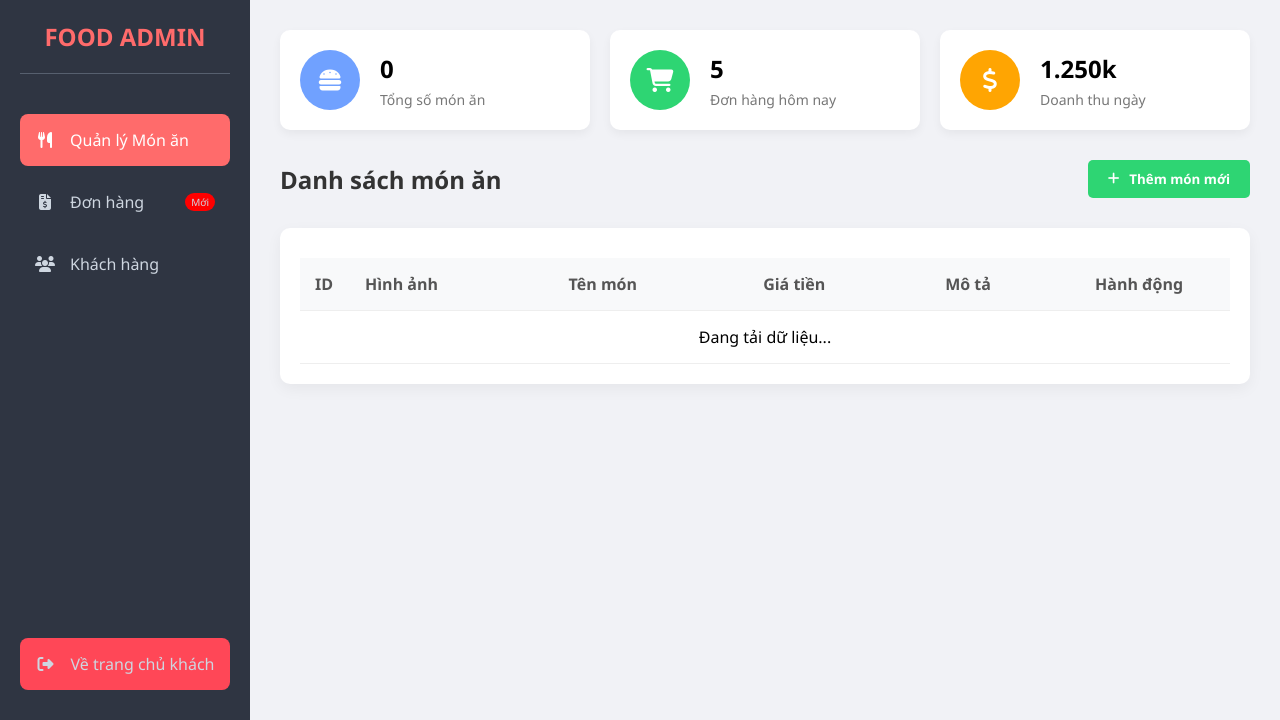
Repository: daichim2415-debug/quan_an
Page: public/admin.html
These files come from the project's save history. The page is drawn as it stood at one moment and after the next save; the edit follows.
The browser window is 1280 px wide. The pictures show the whole page.
The page's requests for data from a server got no answer.

Above is the page before, as saved 2025-12-05 00:53:49.

### public/admin.html
<!DOCTYPE html>
<html lang="vi">
<head>
    <meta charset="UTF-8">
    <meta name="viewport" content="width=device-width, initial-scale=1.0">
    <title>Quản trị viên - FoodShop Admin</title>
    <link rel="stylesheet" href="https://cdnjs.cloudflare.com/ajax/libs/font-awesome/6.4.0/css/all.min.css">

    <style>
        /* === CSS RESET & LAYOUT === */
        * { margin: 0; padding: 0; box-sizing: border-box; font-family: 'Segoe UI', sans-serif; }

        body {
            display: flex;
            background-color: #f1f2f6;
            height: 100vh;
            overflow: hidden; /* Ẩn thanh cuộn của body */
        }

        /* 1. SIDEBAR (MENU TRÁI) */
        .sidebar {
            width: 250px;
            background-color: #2f3542; /* Màu tối sang trọng */
            color: white;
            display: flex; flex-direction: column;
            padding: 20px;
        }

        .sidebar h2 {
            font-size: 24px; text-align: center; margin-bottom: 40px;
            color: #ff6b6b; font-weight: 800; border-bottom: 1px solid #57606f; padding-bottom: 20px;
        }

        .menu-item {
            padding: 15px; margin-bottom: 10px; border-radius: 8px;
            cursor: pointer; transition: 0.3s; color: #ced6e0; text-decoration: none; display: flex; align-items: center; gap: 15px;
        }
        .menu-item:hover, .menu-item.active {
            background-color: #ff6b6b; color: white;
        }
        .menu-item i { width: 20px; text-align: center; }

        .logout { margin-top: auto; background: #ff4757; text-align: center; justify-content: center; }

        /* 2. MAIN CONTENT (NỘI DUNG PHẢI) */
        .main-content {
            flex: 1; padding: 30px; overflow-y: auto; /* Cho phép cuộn nội dung */
        }

        .header {
            display: flex; justify-content: space-between; align-items: center; margin-bottom: 30px;
        }
        .btn-add {
            background-color: #2ed573; color: white; padding: 10px 20px;
            border: none; border-radius: 5px; cursor: pointer; font-weight: bold;
            display: flex; align-items: center; gap: 10px; transition: 0.3s;
        }
        .btn-add:hover { background-color: #26af61; }

        /* Bảng dữ liệu */
        .table-container {
            background: white; padding: 20px; border-radius: 10px;
            box-shadow: 0 5px 15px rgba(0,0,0,0.05);
        }

        table { width: 100%; border-collapse: collapse; margin-top: 10px; }
        th, td { padding: 15px; text-align: left; border-bottom: 1px solid #eee; }
        th { background-color: #f8f9fa; color: #555; font-weight: bold; }

        .food-img { width: 60px; height: 60px; object-fit: cover; border-radius: 5px; border: 1px solid #ddd; }

        /* Các nút hành động */
        .action-btn {
            padding: 6px 12px; border: none; border-radius: 4px; cursor: pointer; color: white; margin-right: 5px;
        }
        .btn-edit { background-color: #ffa502; }
        .btn-delete { background-color: #ff4757; }

        .action-btn:hover { opacity: 0.8; }

        /* THỐNG KÊ NHANH */
        .stats-grid { display: grid; grid-template-columns: repeat(3, 1fr); gap: 20px; margin-bottom: 30px; }
        .stat-card { background: white; padding: 20px; border-radius: 10px; display: flex; align-items: center; gap: 20px; box-shadow: 0 4px 10px rgba(0,0,0,0.05); }
        .stat-icon { width: 60px; height: 60px; border-radius: 50%; display: flex; align-items: center; justify-content: center; font-size: 24px; color: white; }
        .stat-info h3 { font-size: 24px; margin-bottom: 5px; }
        .stat-info p { color: #777; font-size: 14px; }

    </style>
</head>
<body>

    <div class="sidebar">
        <h2>FOOD ADMIN</h2>
        <a href="#" class="menu-item active"><i class="fas fa-utensils"></i> Quản lý Món ăn</a>
        <a href="#" class="menu-item"><i class="fas fa-file-invoice-dollar"></i> Đơn hàng <span style="background:red; font-size:10px; padding:2px 6px; border-radius:10px; margin-left:auto;">Mới</span></a>
        <a href="#" class="menu-item"><i class="fas fa-users"></i> Khách hàng</a>

        <a href="trang_chu.html" class="menu-item logout"><i class="fas fa-sign-out-alt"></i> Về trang chủ khách</a>
    </div>

    <div class="main-content">

        <div class="stats-grid">
            <div class="stat-card">
                <div class="stat-icon" style="background: #70a1ff;"><i class="fas fa-hamburger"></i></div>
                <div class="stat-info">
                    <h3 id="total-products">0</h3>
                    <p>Tổng số món ăn</p>
                </div>
            </div>
            <div class="stat-card">
                <div class="stat-icon" style="background: #2ed573;"><i class="fas fa-shopping-cart"></i></div>
                <div class="stat-info">
                    <h3>5</h3>
                    <p>Đơn hàng hôm nay</p>
                </div>
            </div>
            <div class="stat-card">
                <div class="stat-icon" style="background: #ffa502;"><i class="fas fa-dollar-sign"></i></div>
                <div class="stat-info">
                    <h3>1.250k</h3>
                    <p>Doanh thu ngày</p>
                </div>
            </div>
        </div>

        <div class="header">
            <h2 style="color: #333;">Danh sách món ăn</h2>
            <button class="btn-add" onclick="showAddForm()">
                <i class="fas fa-plus"></i> Thêm món mới
            </button>
        </div>

        <div class="table-container">
            <table>
                <thead>
                    <tr>
                        <th style="width: 50px;">ID</th>
                        <th>Hình ảnh</th>
                        <th>Tên món</th>
                        <th>Giá tiền</th>
                        <th>Mô tả</th>
                        <th style="width: 150px;">Hành động</th>
                    </tr>
                </thead>
                <tbody id="admin-product-list">
                    <tr><td colspan="6" style="text-align:center">Đang tải dữ liệu...</td></tr>
                </tbody>
            </table>
        </div>

    </div>

    <script>
        // Hàm định dạng tiền
        function formatMoney(amount) {
            return new Intl.NumberFormat('vi-VN', { style: 'currency', currency: 'VND' }).format(amount);
        }

        // Tải danh sách món ăn từ Server
        async function loadAdminProducts() {
            try {
                // Gọi lại API cũ mà ta đã viết ở server.js
                const response = await fetch('/api/mon-an');
                const products = await response.json();

                const tbody = document.getElementById('admin-product-list');
                const totalCount = document.getElementById('total-products');

                tbody.innerHTML = '';
                totalCount.innerText = products.length; // Cập nhật số lượng trên thẻ thống kê

                products.forEach(item => {
                    const imgUrl = item.hinh_anh ? item.hinh_anh : 'https://via.placeholder.com/100';

                    const row = `
                        <tr>
                            <td>#${item.id}</td>
                            <td><img src="${imgUrl}" class="food-img" alt="food"></td>
                            <td><strong style="color:#2f3542">${item.ten_mon}</strong></td>
                            <td style="color:#e84118; font-weight:bold;">${formatMoney(item.gia)}</td>
                            <td style="color:#777; font-size:13px; max-width: 200px;">${item.mo_ta || 'Không có mô tả'}</td>
                            <td>
                                <button class="action-btn btn-edit" onclick="editProduct(${item.id})">
                                    <i class="fas fa-edit"></i>
                                </button>
                                <button class="action-btn btn-delete" onclick="deleteProduct(${item.id})">
                                    <i class="fas fa-trash"></i>
                                </button>
                            </td>
                        </tr>
                    `;
                    tbody.innerHTML += row;
                });

            } catch (error) {
                console.error(error);
                alert('Lỗi: Không tải được danh sách món ăn!');
            }
        }

        // Các hàm xử lý (Tạm thời là console log)
        function showAddForm() {
            alert('Sắp ra mắt: Form thêm món ăn mới!');
        }

        function editProduct(id) {
            alert('Bạn đang muốn sửa món có ID: ' + id);
        }

        function deleteProduct(id) {
            if(confirm('Bạn có chắc chắn muốn xóa món này không?')) {
                alert('Đã gửi lệnh xóa ID ' + id + ' lên server (Cần code thêm API xóa)');
            }
        }

        // Chạy ngay khi vào trang
        loadAdminProducts();
    </script>
</body>
</html>

After the next save:
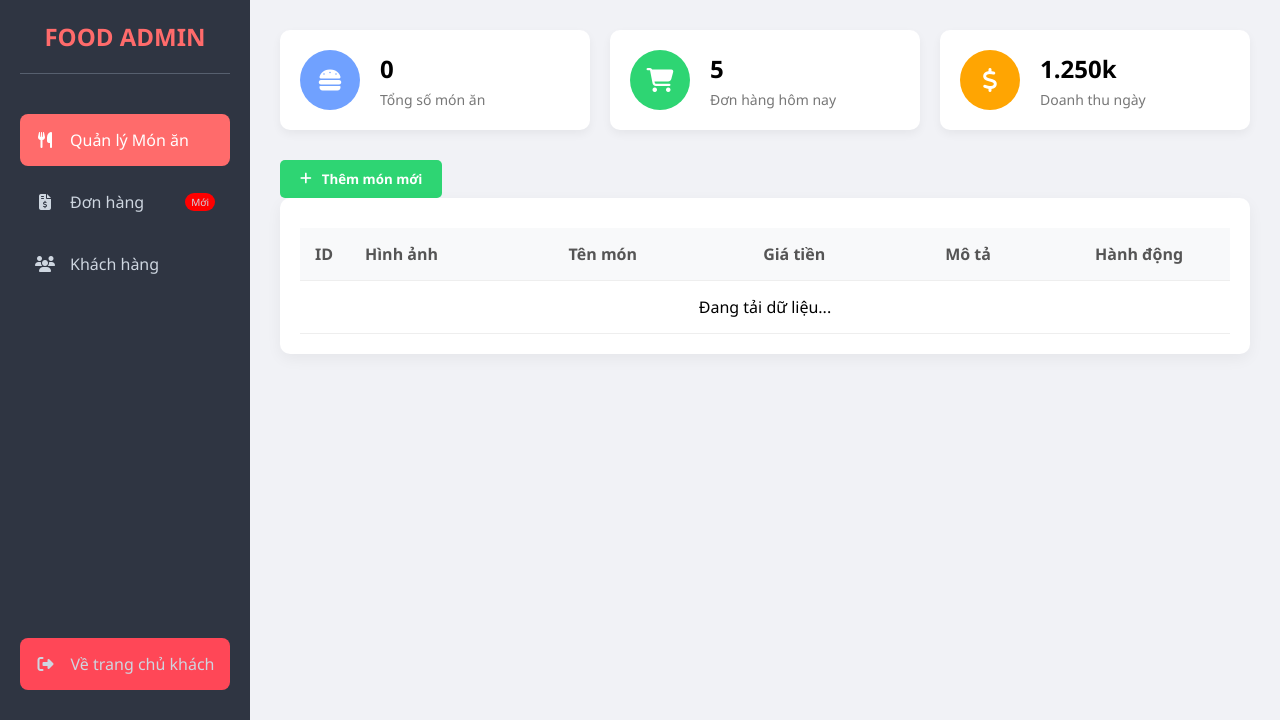
Saved 79 s later.
--- a/public/admin.html
+++ b/public/admin.html
@@ -124,12 +124,9 @@
             </div>
         </div>
 
-        <div class="header">
-            <h2 style="color: #333;">Danh sách món ăn</h2>
-            <button class="btn-add" onclick="showAddForm()">
-                <i class="fas fa-plus"></i> Thêm món mới
-            </button>
-        </div>
+        <button class="btn-add" onclick="window.location.href='them_mon.html'">
+    <i class="fas fa-plus"></i> Thêm món mới
+</button>
 
         <div class="table-container">
             <table>
